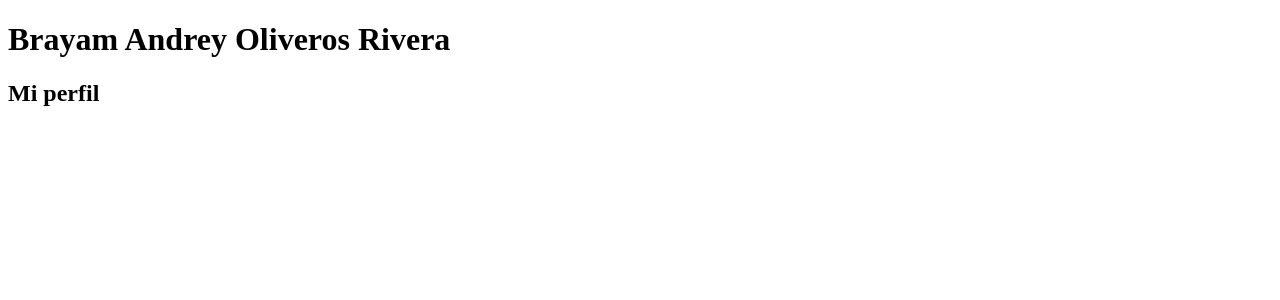
Repository: AndreyRi13/clasesweb
Page: index.html
The author's editor kept a copy of each file at every save. The page is drawn from the files as they stood at one save, then again after the next save.
The browser window is 1280 px wide. The pictures show the whole page.

Above is the page before, as saved 2020-09-17 07:20:34.

### index.html
<!DOCTYPE html>
<html lang="en">
<head>
    <meta charset="UTF-8">
    <meta name="viewport" content="width=device-width, initial-scale=1.0">

    <title>Mi primera pagina</title>
</head>
<body>
<h1>Brayam Andrey Oliveros Rivera</h1>

  <h2>Mi perfil</h2>

</body>
</html>

After the next save:
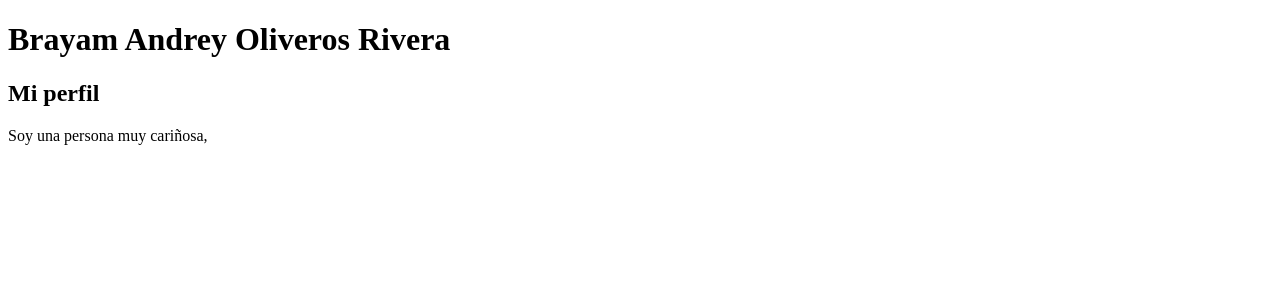
Saved 13 s later.
--- a/index.html
+++ b/index.html
@@ -11,5 +11,7 @@
 
   <h2>Mi perfil</h2>
 
+  <p>Soy una persona muy cariñosa,</p>
+
 </body>
 </html>
